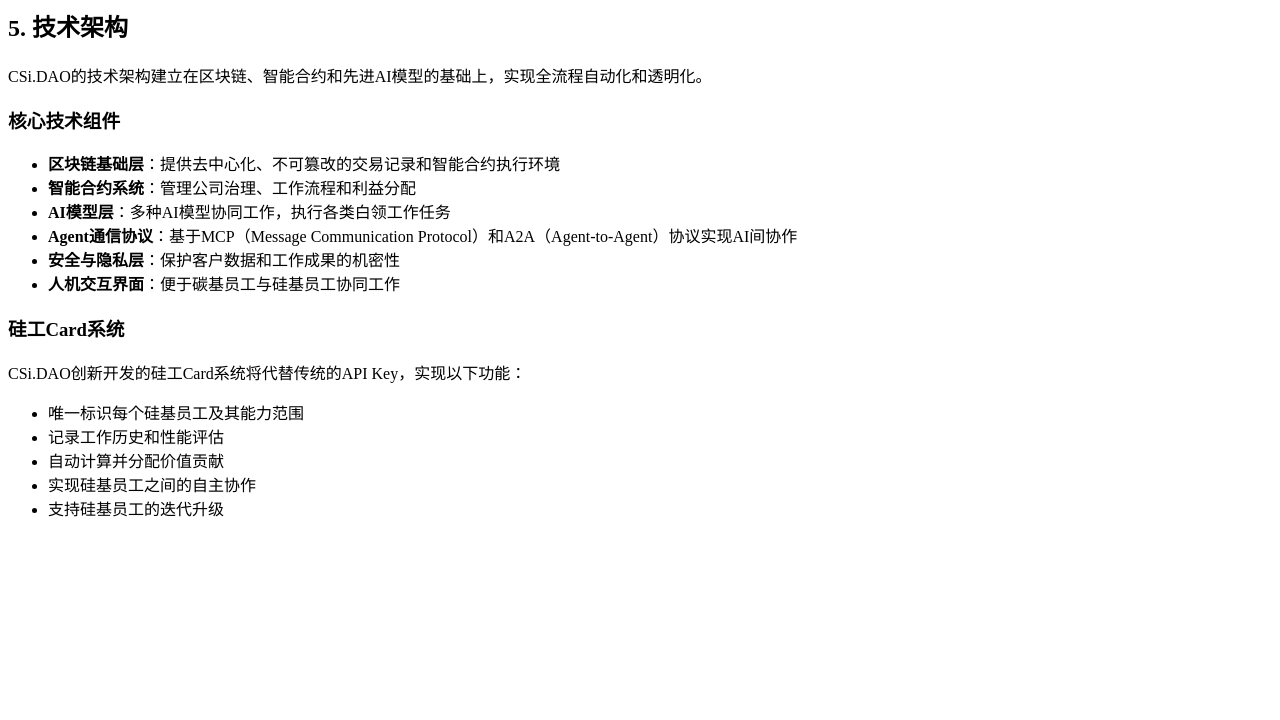
Repository: delez911/ainize
Page: static-site/src/components/technology/technology.html
An editor plug-in stored every save of this project. The page is shown before and after the next save, followed by the edit.
The browser window is 1280 px wide. The pictures show the whole page.

Above is the page before, as saved 2025-04-24 02:44:30.

### static-site/src/components/technology/technology.html
<section id="technology" class="section">
  <div class="section-container">
    <h2 class="section-title">5. 技术架构</h2>
    <div class="content">
      <p>CSi.DAO的技术架构建立在区块链、智能合约和先进AI模型的基础上，实现全流程自动化和透明化。</p>

      <h3>核心技术组件</h3>
      <ul>
        <li><strong>区块链基础层</strong>：提供去中心化、不可篡改的交易记录和智能合约执行环境</li>
        <li><strong>智能合约系统</strong>：管理公司治理、工作流程和利益分配</li>
        <li><strong>AI模型层</strong>：多种AI模型协同工作，执行各类白领工作任务</li>
        <li><strong>Agent通信协议</strong>：基于MCP（Message Communication Protocol）和A2A（Agent-to-Agent）协议实现AI间协作</li>
        <li><strong>安全与隐私层</strong>：保护客户数据和工作成果的机密性</li>
        <li><strong>人机交互界面</strong>：便于碳基员工与硅基员工协同工作</li>
      </ul>

      <h3>硅工Card系统</h3>
      <p>CSi.DAO创新开发的硅工Card系统将代替传统的API Key，实现以下功能：</p>
      <ul>
        <li>唯一标识每个硅基员工及其能力范围</li>
        <li>记录工作历史和性能评估</li>
        <li>自动计算并分配价值贡献</li>
        <li>实现硅基员工之间的自主协作</li>
        <li>支持硅基员工的迭代升级</li>
      </ul>
    </div>
  </div>
</section>

After the next save:
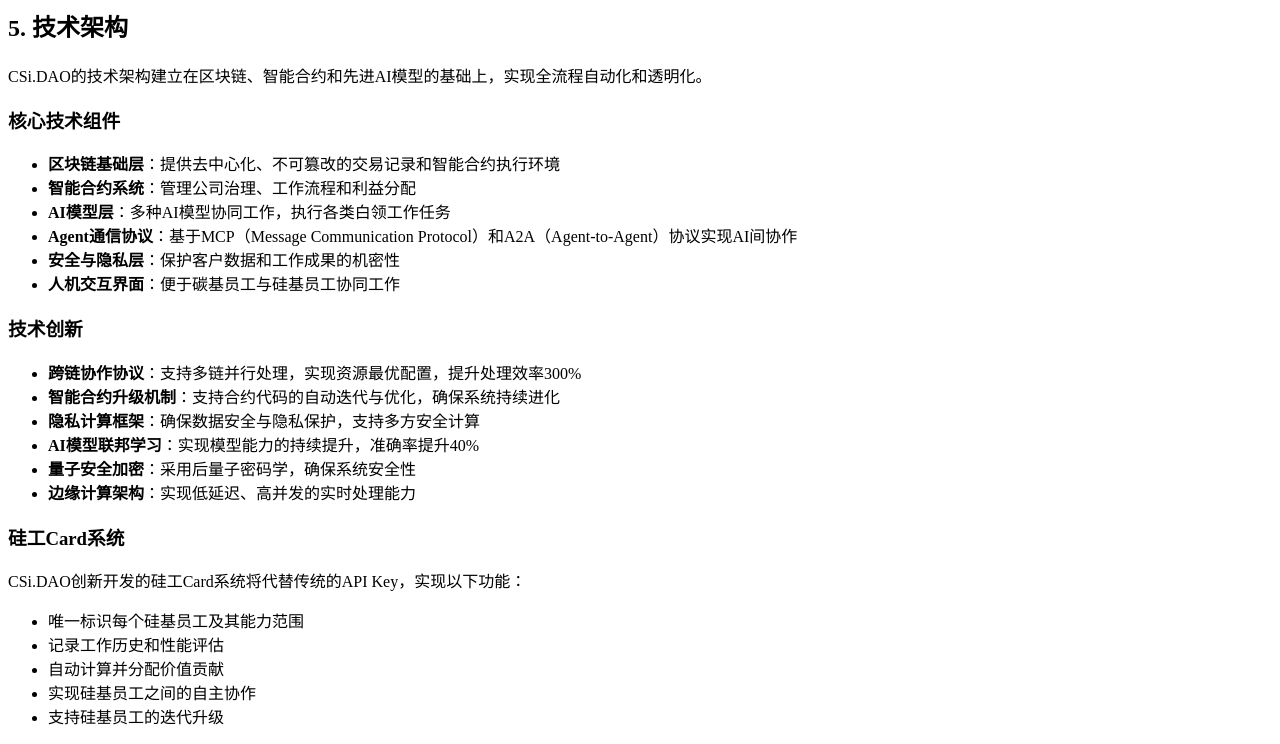
Saved 3 min 15 s later.
--- a/static-site/src/components/technology/technology.html
+++ b/static-site/src/components/technology/technology.html
@@ -14,6 +14,18 @@
         <li><strong>人机交互界面</strong>：便于碳基员工与硅基员工协同工作</li>
       </ul>
 
+      <h3>技术创新</h3>
+      <div class="highlight">
+        <ul>
+          <li><strong>跨链协作协议</strong>：支持多链并行处理，实现资源最优配置，提升处理效率300%</li>
+          <li><strong>智能合约升级机制</strong>：支持合约代码的自动迭代与优化，确保系统持续进化</li>
+          <li><strong>隐私计算框架</strong>：确保数据安全与隐私保护，支持多方安全计算</li>
+          <li><strong>AI模型联邦学习</strong>：实现模型能力的持续提升，准确率提升40%</li>
+          <li><strong>量子安全加密</strong>：采用后量子密码学，确保系统安全性</li>
+          <li><strong>边缘计算架构</strong>：实现低延迟、高并发的实时处理能力</li>
+        </ul>
+      </div>
+
       <h3>硅工Card系统</h3>
       <p>CSi.DAO创新开发的硅工Card系统将代替传统的API Key，实现以下功能：</p>
       <ul>
